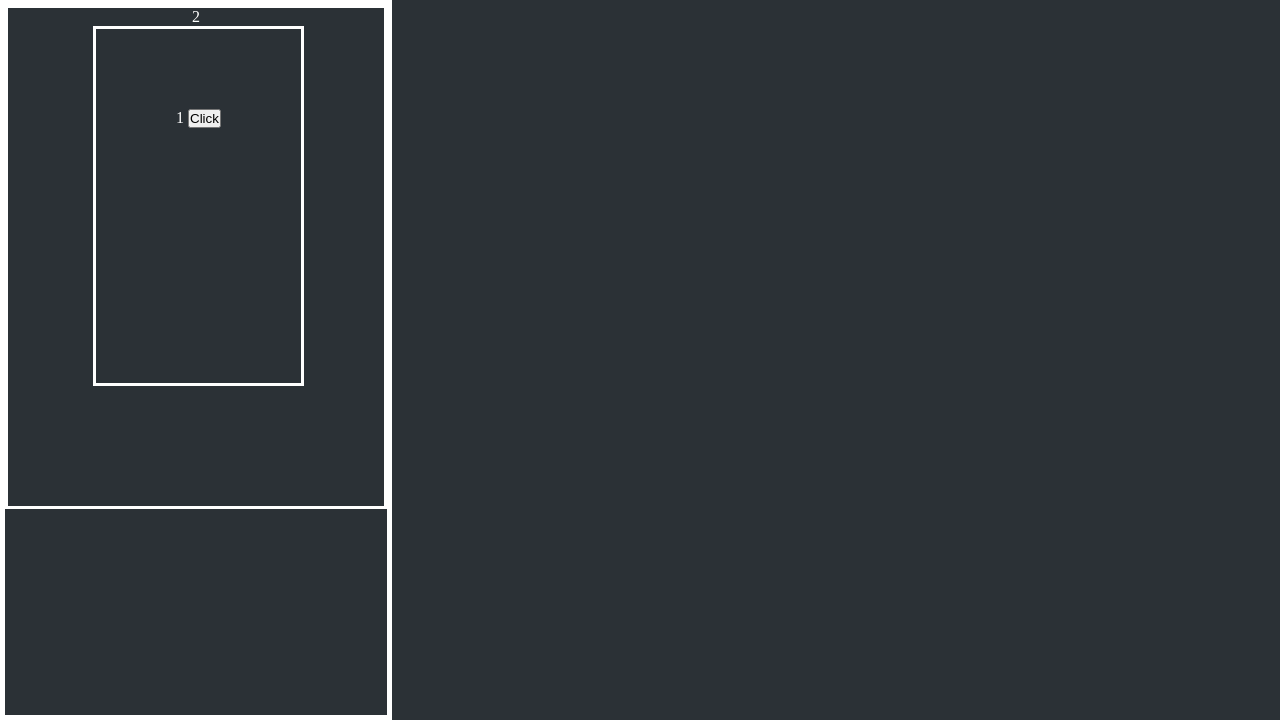
Repository: wakoya-tech/react-project
Page: Desktop/shaakala/hara/index.html
The author's editor kept a copy of each file at every save. The page is drawn from the files as they stood at one save, then again after the next save.
The browser window is 1280 px wide. The pictures show the whole page.

Above is the page before, as saved 2025-08-29 16:25:45.

After the next save:
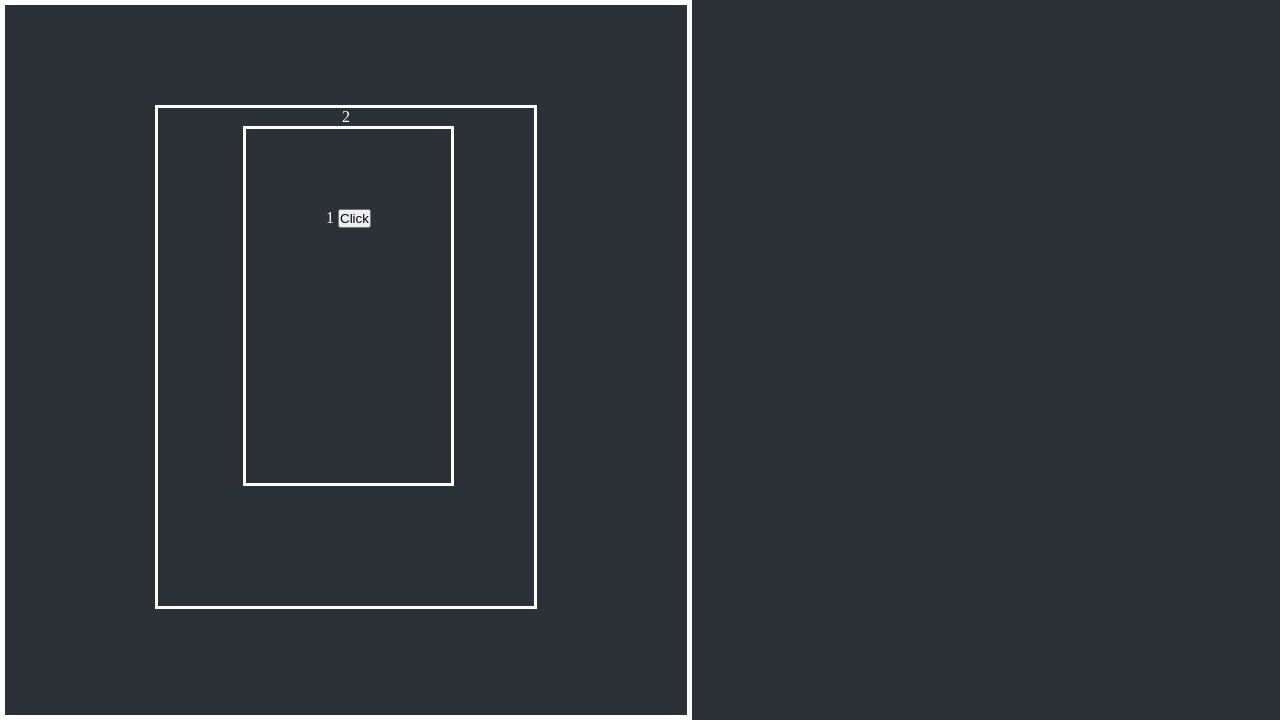
Saved 8 s later.
--- a/Desktop/shaakala/hara/index.html
+++ b/Desktop/shaakala/hara/index.html
@@ -20,7 +20,7 @@
     }
     .div2 {
         border: 3px solid white;
-        margin: 1o0px 150px 40px 150px;
+        margin: 100px 150px 40px 150px;
         color: white;
         align-items: center;
         text-align: center;
